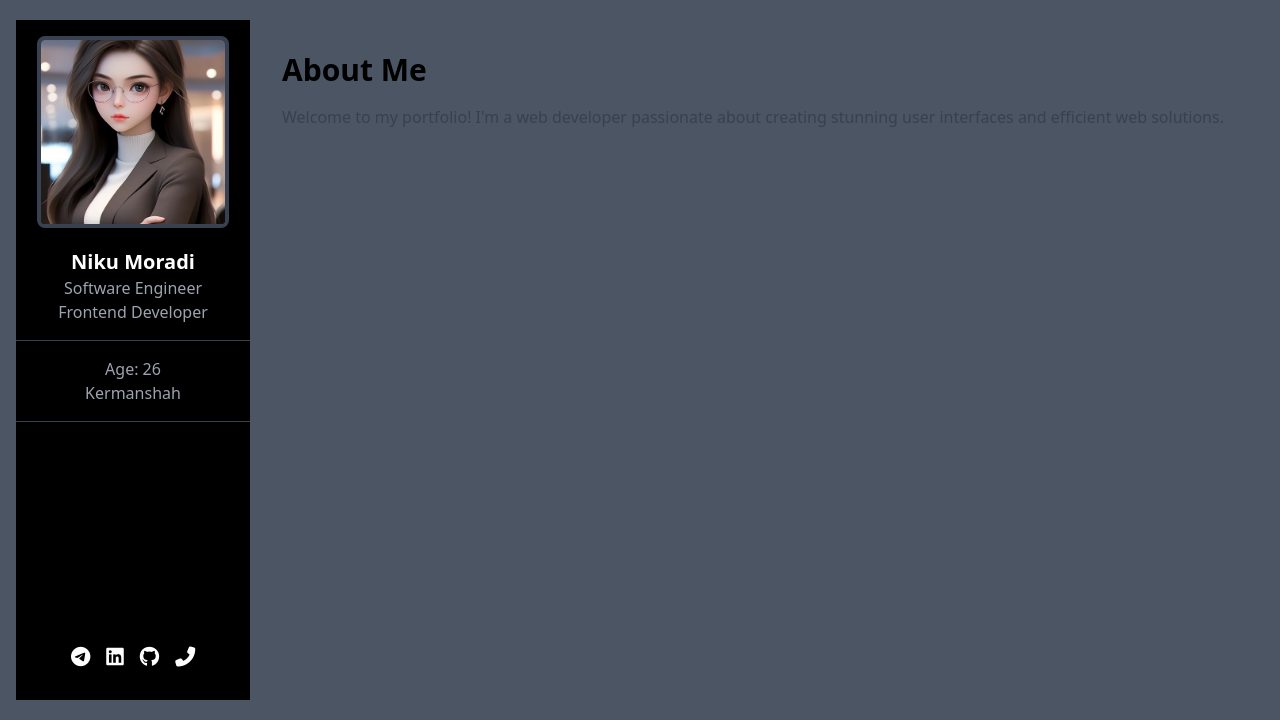
Repository: NikuMoradi/niku-moradi
Page: /
The author's editor kept a copy of each file at every save. The page is drawn from the files as they stood at one save, then again after the next save.
The browser window is 1280 px wide. The pictures show the whole page.
The project was rebuilt for these pictures with package versions that can differ from the ones it lists, and the page was loaded fresh each time. The framework's server and built-in components were replaced by stand-ins that run in the browser. Also part of the build but not shown: nuxt.config.ts, components/Blog Posts/Component-Design.vue, components/Blog.vue, components/Contact.vue, components/Education.vue, components/Experience.vue, components/Hero.vue, components/Menu.vue and 3 more.

Above is the page before, as saved 2024-11-29 09:30:15.

### assets/css/main.css
@tailwind base;
@tailwind components;
@tailwind utilities;

body {
  /* From https://css.glass */
  background: #ffffff;
}

@layer utilities {
}

### components/LeftPanel.vue
<template>
  <div
    class="bg-black text-white w-72 flex flex-col"
    style="height: calc(100vh - 40px)"
  >
    <!-- Profile Picture -->
    <div
      class="p-4 flex flex-col items-center justify-center border-b border-gray-700"
    >
      <img
        src="../assets/img/photo_2024-11-28_10-37-05.jpg"
        alt="Profile Picture"
        class="w-48 h-48 mb-5 rounded-lg border-4 border-gray-700 object-cover object-center"
      />
      <h2 class="text-xl font-bold">Niku Moradi</h2>
      <p class="text-md text-gray-400">Software Engineer</p>
      <p class="text-md text-gray-400">Frontend Developer</p>
    </div>

    <!-- Biography -->
    <div class="p-4 text-center border-b border-gray-700">
      <p class="text-md text-gray-400">Age: 26</p>
      <p class="text-md text-gray-400">Kermanshah</p>
    </div>

    <!-- Social Links -->
    <div class="py-8 text-center mt-auto text-white">
      <div class="space-x-4">
        <a
          href="https://t.me/yourusername"
          target="_blank"
          class="text-white hover:text-blue-400"
        >
          <i class="fab fa-telegram fa-lg"></i>
        </a>
        <a
          href="https://linkedin.com/in/yourusername"
          target="_blank"
          class="text-white hover:text-blue-600"
        >
          <i class="fab fa-linkedin fa-lg"></i>
        </a>
        <a
          href="https://github.com/yourusername"
          target="_blank"
          class="text-white hover:text-gray-700"
        >
          <i class="fab fa-github fa-lg"></i>
        </a>
        <a href="tel:+1234567890" class="text-white hover:text-green-400">
          <i class="fas fa-phone-alt fa-lg"></i>
        </a>
      </div>
    </div>
  </div>
</template>

### layouts/default.vue
<template>
  <div class="flex justify-center items-center min-h-screen bg-gray-600 px-4">
    <LeftPanel />

    <!-- Fixed Width Centered Card -->
    <div
      class="bg-blackshadow-lg w-full max-w-5xl overflow-hidden"
      style="height: calc(100vh - 40px)"
    >
      <!-- Scrollable Content -->
      <div class="overflow-y-auto h-full scrollbar-hide">
        <NuxtPage />
      </div>
    </div>
  </div>
</template>

<style>
/* Add any custom global styles here */
body {
  background: linear-gradient(to bottom, #f0f0f0, #d0d0d0);
}
</style>

### app.vue
<!-- The app.vue is just holding the layout container and serving as the root.
 The default.vue layout handles the overall structure of the page.
All content from your pages will automatically be placed inside the NuxtPage slot of the layout.-->
<template>
  <NuxtLayout />
</template>

### pages/index.vue
<template>
  <div class="p-8">
    <h1 class="text-3xl font-bold mb-4">About Me</h1>
    <p class="text-gray-700 leading-relaxed">
      Welcome to my portfolio! I'm a web developer passionate about creating
      stunning user interfaces and efficient web solutions.
    </p>
  </div>
</template>

### tailwind.config.js
/** @type {import('tailwindcss').Config} */
export default {
  content: [
    "./components/**/*.{js,vue,ts}",
    "./layouts/**/*.vue",
    "./pages/**/*.vue",
    "./plugins/**/*.{js,ts}",
    "./app.vue",
    "./error.vue",
  ],
  theme: {
    extend: {},
  },
  plugins: [require("tailwind-scrollbar-hide")],
};

Loaded but not shown: plugins/aos.client.js (no copy from this time; the picture is the same without it)

After the next save:
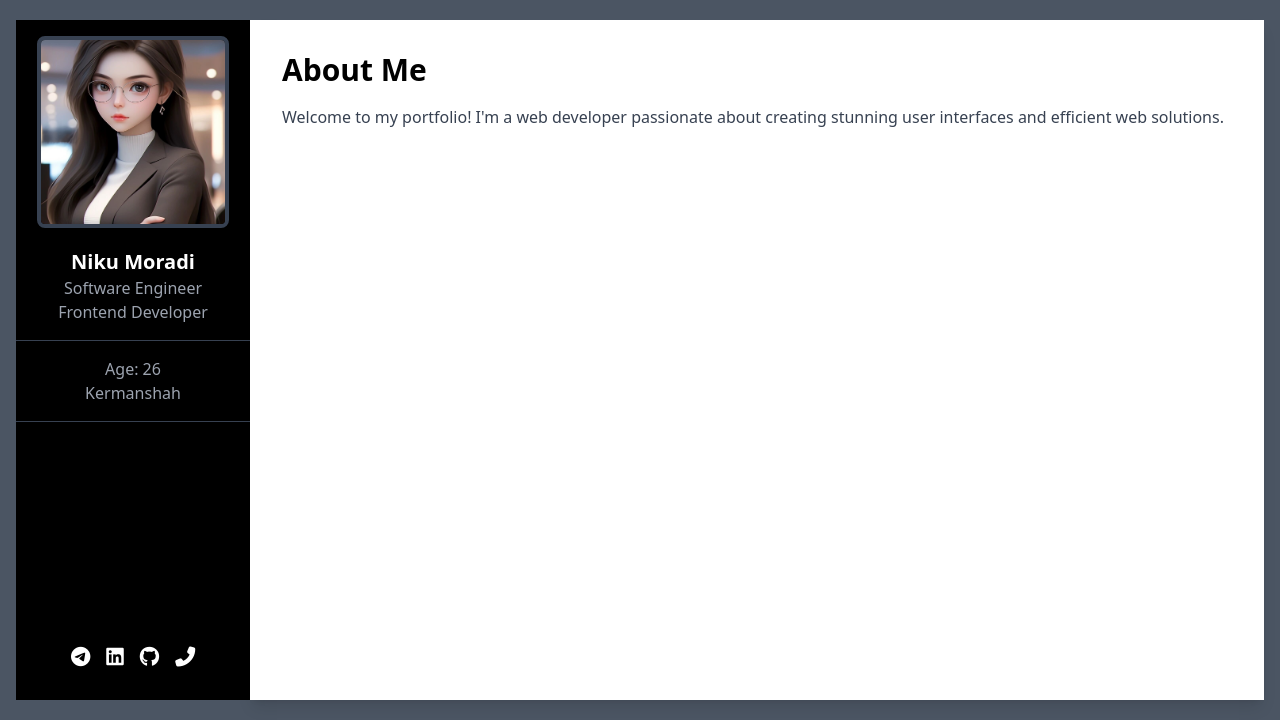
Saved 7 s later.
--- a/layouts/default.vue
+++ b/layouts/default.vue
@@ -4,7 +4,7 @@
 
     <!-- Fixed Width Centered Card -->
     <div
-      class="bg-blackshadow-lg w-full max-w-5xl overflow-hidden"
+      class="bg-white shadow-lg w-full max-w-5xl overflow-hidden"
       style="height: calc(100vh - 40px)"
     >
       <!-- Scrollable Content -->
